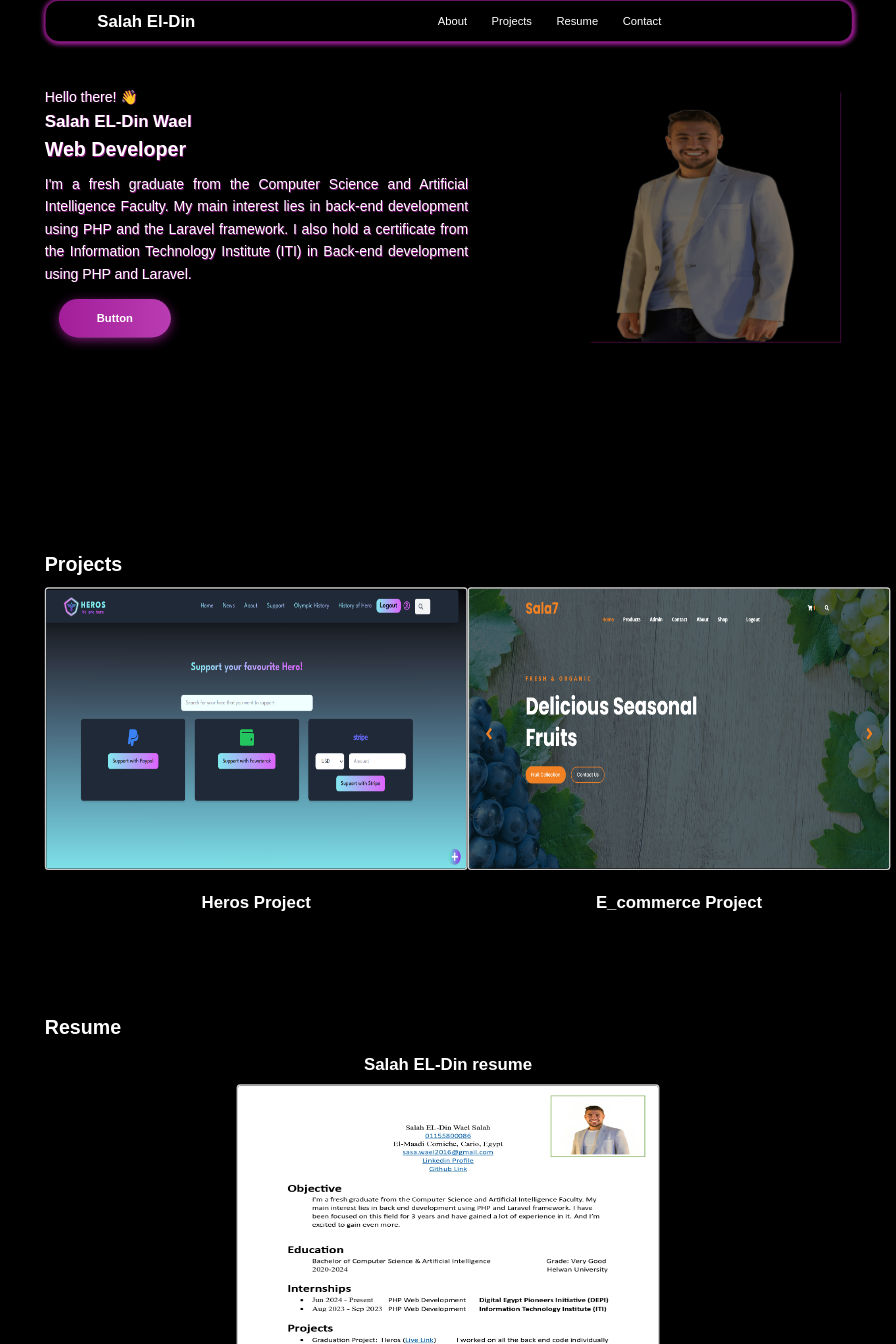
Repository: Salah-Wael/Salah-EL-Din-Portfolio
Page: index.html
The author's editor kept a copy of each file at every save. The page is drawn from the files as they stood at one save, then again after the next save.
The browser window is 1280 px wide. The pictures show the part of the page from y = 0 to 1920 px (the page is 2720 px tall), at 70% of full size.

Above is the page before, as saved 2024-07-27 23:04:11.

### index.html
<!DOCTYPE html>
<html lang="en">
<head>
  <meta charset="UTF-8">
  <meta name="viewport" content="width=device-width, initial-scale=1.0">
  <title>Salah EL-Din Portfolio</title>
  <link rel="stylesheet" href="./style.css">

</head>
<body>
  <header>
    <nav>
      <h1>Salah El-Din</h1>
      <ul>
        <li><a href="#about">About</a></li>
        <li><a href="#projects">Projects</a></li>
        <li><a href="#resume">Resume</a></li>
        <li><a href="#contact">Contact</a></li>
      </ul>
    </nav>
  </header>
  <section id="about">
    <div class="about">
      <div class="content">
        <p>Hello there! 👋</p>
        <!-- <br> -->
        <h1>Salah EL-Din Wael</h1>
        <h2>Web Developer</h2>
          <p>I'm a fresh graduate from the Computer Science and Artificial Intelligence Faculty.
          My main interest lies in back-end development using PHP and the Laravel framework.
          I also hold a certificate from the Information Technology Institute (ITI) in Back-end development using PHP and Laravel.</p>




        <a href=""><button class="bn632-hover bn22">Button</button></a>
      </div>
      <div class="main-img">
        <img src="./img/me/sasag.png" alt="Salah EL-Din">
      </div>
    </div>
  </section>
  <section id="projects">

    <h2>Projects</h2>
    <div class="projects">
      <div class="projects-container">
        <a href="https://heros.rf.gd/" target="_blank">
          <div class="project">
            <div class="image-display">
              <img id="heros" src="img/projects/heros registration.png" alt="heros registration">
            </div>
            <h3>Heros Project</h3>
          </div>
        </a>
      </div>
      <div class="projects-container">
        <a href="https://sala7.great-site.net/" target="_blank">
          <div class="project">
            <div class="image-display">
              <img id="ecommerce" src="img/projects/ecommerce home.png" alt="Sala7 E_commerce">

            </div>
            <h3>E_commerce Project</h3>
          </div>
        </a>
      </div>
    </div>
  </section>
  <section id="resume">
    <h2>Resume</h2>
    <div class="cv-container">
      <div class="project">
        <h3>Salah EL-Din resume</h3>
        <div class="image-display">
          <img id="CV" src="img/CV/Salah EL-Din resume_page-0001.jpg" alt="Salah EL-Din resume">
        </div>
        <div class="thumbnails">
          <img src="img/CV/Salah EL-Din resume_page-0001.jpg" alt="Salah EL-Din resume"
          onclick="swapImage('img/CV/Salah EL-Din resume_page-0001.jpg')">

          <img src="img/CV/Salah EL-Din resume_page-0002.jpg" alt="Salah EL-Din resume"
          onclick="swapImage('img/CV/Salah EL-Din resume_page-0002.jpg')">

        </div>
      </div>
    </div>
  </section>
  <section id="contact">
    <h2>Contact</h2>
    <address>
      <a href="mailto:sasa.wael2016@gmail.com">sasa.wael2016@gmail.com</a><br>
      <a href="https://api.whatsapp.com/send/?phone=%2B201155800086" target="_blank">+20 1155 8000 86</a><br>
      <a href="https://www.linkedin.com/in/salah-eldin" target="_blank">Linkedin</a><br>
      <a href="https://github.com/Salah-Wael" target="_blank">Github</a><br>
    </address>
  </section>
</body>

<script>
    document.addEventListener('DOMContentLoaded', (event) => {
      const herosImages = [
        'img/projects/heros registration.png',
        'img/projects/heros create news.png',
        'img/projects/heros payment.png'
      ];
      const ecommerceImages = [
        'img/projects/ecommerce home.png',
        'img/projects/products.png'
      ];

      let currentHerosIndex = 0;
      const herosImage = document.getElementById('heros');

      function swapHerosImage() {
        currentHerosIndex = (currentHerosIndex + 1) % herosImages.length;
        herosImage.src = herosImages[currentHerosIndex];
      }
      setInterval(swapHerosImage, 2000); // Change image every 2 seconds

      let currentEcommerceIndex = 0;
      const ecommerceImage = document.getElementById('ecommerce');

      function swapEcommerceImage() {
        currentEcommerceIndex = (currentEcommerceIndex + 1) % ecommerceImages.length;
        ecommerceImage.src = ecommerceImages[currentEcommerceIndex];
      }

      setInterval(swapEcommerceImage, 2000); // Change image every 2 seconds
    });



    function swapImage(newSrc) {
      document.getElementById('CV').src = newSrc;
    }
  </script>
</html>

### style.css
/* Reset some basic styles */
*{
  margin: 0;
  padding: 0;
  list-style: none;
  text-decoration: none;
  color: white;
  font-family: Arial, sans-serif;
}

/* General body styling */
body {
  font-family: Arial, sans-serif;
  line-height: 1.6;
  background-color: black;
}

/* Styling for navigation bar */
header{
  height: 10vh;
  width: 100%;

}

:root {
  --main-color: #a21e99;
  --secondary-color: #2ecc71;
  --font-size: 16px;
}

nav {
  background-color: black;
  border: 1px solid var(--main-color) ;
  box-shadow: 1px 1px 6px 3px var(--main-color) ;
  z-index: 1;
  border-radius: 20px;
  color: white;
  width: 90%;
  margin-left: 5%;
  display: flex;
  justify-content: space-between;
  align-items: center;
  padding: 10px 0px;
  margin-bottom: 50px;
  position: fixed;
}

nav h1 {
  width: 30%;
  text-align: center;
  font-size: 24px;
}

nav ul {
  display: flex;
  justify-content: center;
  width: 90%;
  gap: 15px;
}

nav ul li {
  list-style: none;
}

nav ul li a {
  color: white;
  text-decoration: none;
  padding: 5px 10px;
}

nav ul li a:hover {
  color: var(--main-color);
  transition: 0.5s;
}

/* Section styling */
section {
  /* padding: 20px; */
  margin-top: 50px;
  width: 90%;
  margin-left: 5%;
  height: 85vh;
}

section h2 {
  font-size: 28px;
  margin-bottom: 10px;
}

section p {
  font-size: 24px;
}

/* about section styling */
.about{
  display: flex;
  justify-content: space-around;
  align-items: center;
  margin: 0, 20px, 20px, 20px;
}

.about .content{
  width: 70%;
  height: 100%;
}

.about .content{
  text-shadow: 1px 1px 1px #a21e99;
}

.about div p{
  width: 75%;
  font-size: 20px;
  text-align: justify;
}

.bn632-hover {
  width: 160px;
  font-size: 16px;
  font-weight: 600;
  color: #fff;
  cursor: pointer;
  margin: 20px;
  height: 55px;
  text-align:center;
  border: none;
  background-size: 300% 100%;
  border-radius: 50px;
  moz-transition: all .4s ease-in-out;
  -o-transition: all .4s ease-in-out;
  -webkit-transition: all .4s ease-in-out;
  transition: all .4s ease-in-out;
}

.bn632-hover:hover {
  background-position: 100% 0;
  moz-transition: all .4s ease-in-out;
  -o-transition: all .4s ease-in-out;
  -webkit-transition: all .4s ease-in-out;
  transition: all .4s ease-in-out;
}

.bn632-hover:focus {
  outline: none;
}

.bn632-hover.bn22 {
  background-image: linear-gradient(
    to right,
    #a21e99,
    #ba3cb2,
    #dd30d8,
    #b62bb6
  );
  box-shadow: 0 4px 15px 0 rgba(162, 30, 153, 0.75);
}

.about .main-img{
  width: 30%;
  height: 100%;

}

.about div img{
  width: 300px;
  height: 300px;
  animation: salah 2s linear infinite;
  -webkit-animation: salah 2s linear infinite;
  box-shadow: 1px 1px 1px 0px rgba(162, 30, 153, 0.75) ;

}

@keyframes salah {
  0%{
    opacity: 0;
    transform: scale(0.5);

  }
  50%{
    opacity: 0.5;
    transform: scale(1.2);
  }

  100%{
    opacity: 1;
    transform: scale(1);
  }
}


/* Projects section styling */
.projects{
  display: flex;
  justify-content: space-evenly;
}

.projects-container {
  display: flex;
  gap: 20px;
  flex-wrap: wrap;
  justify-content: center;
}
.cv-container {
  display: flex;
  gap: 20px;
  flex-wrap: wrap;
  justify-content: center;
}

.project {
  text-align: center;
}

.project h3 {
  font-size: 24px;
  margin-bottom: 10px;
}

.image-display {
  margin-bottom: 20px;

}

#projects .image-display img {
  width: 600px;
  height: 400px;
  border: 2px solid #ccc;
  border-radius: 5px;
  box-shadow: 0 2px 5px rgba(0, 0, 0, 0.1);
}
#resume .image-display img {
  width: 600px;
  height: 600px;
  border: 2px solid #ccc;
  border-radius: 5px;
  box-shadow: 0 2px 5px rgba(0, 0, 0, 0.1);
}

.thumbnails {
  display: flex;
  gap: 10px;
  justify-content: center;
}

.thumbnails img {
  width: 100px;
  height: 70px;
  border: 2px solid #ccc;
  border-radius: 5px;
  cursor: pointer;
  transition: border-color 0.3s ease;
}

.thumbnails img:hover {
  border-color: #333;
}

After the next save:
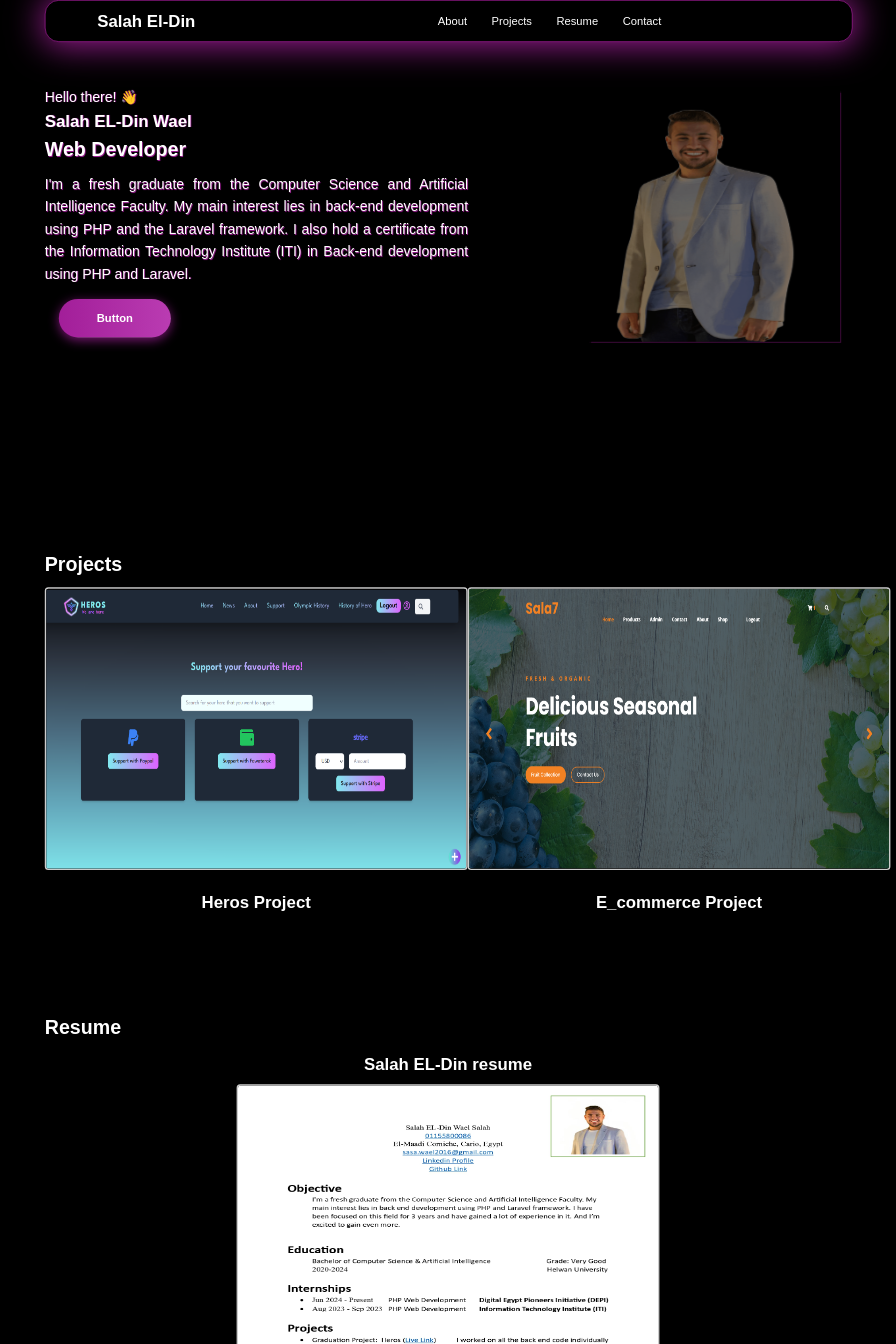
Saved 6 s later.
--- a/style.css
+++ b/style.css
@@ -31,7 +31,7 @@ header{
 nav {
   background-color: black;
   border: 1px solid var(--main-color) ;
-  box-shadow: 1px 1px 6px 3px var(--main-color) ;
+  box-shadow: 1px 1px 50px 3px var(--main-color) ;
   z-index: 1;
   border-radius: 20px;
   color: white;
